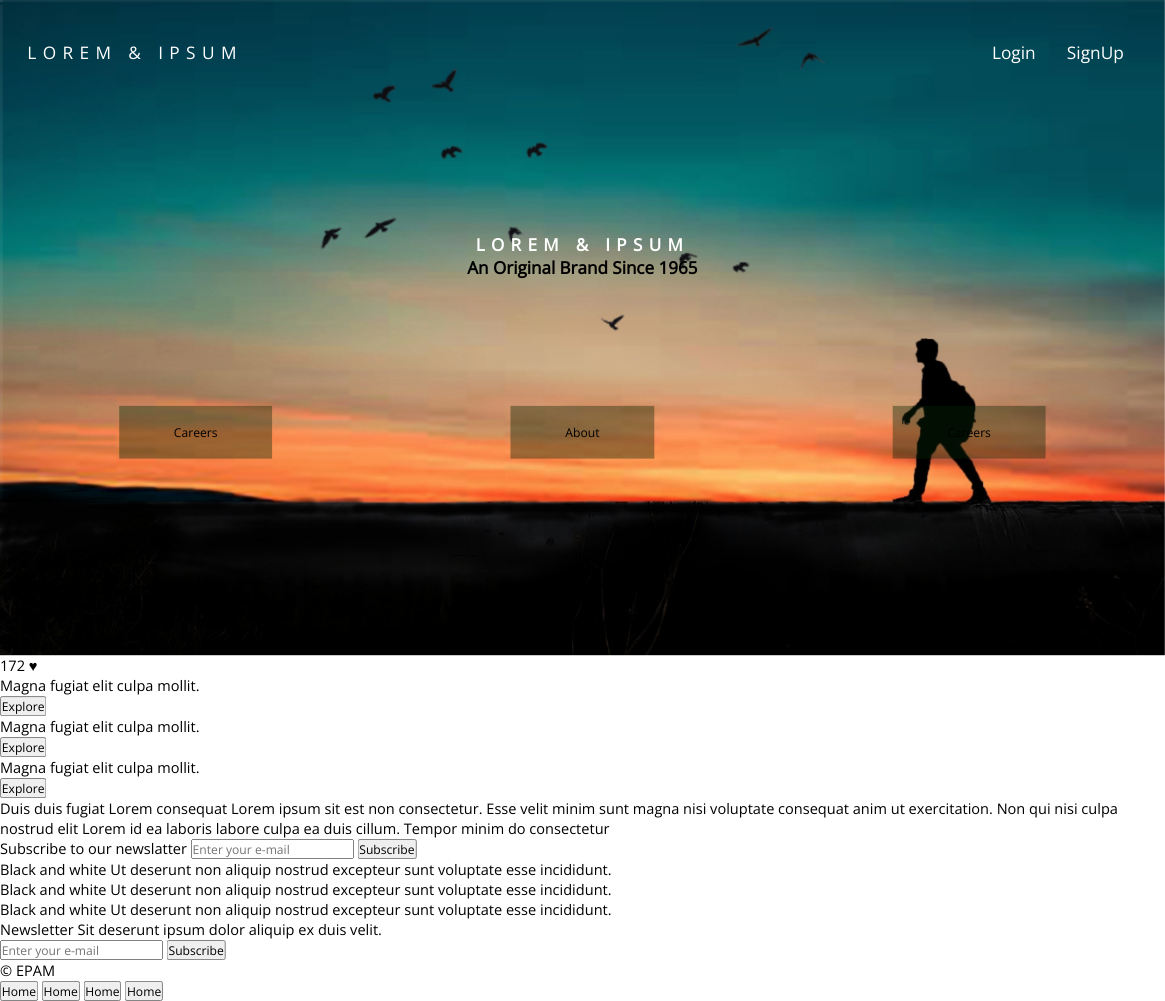
Repository: M1shkaBear/FLX
Page: FLX_homework_4/homework/index.html
An editor plug-in stored every save of this project. The page is shown before and after the next save, followed by the edit.
The browser window is 1280 px wide. The pictures show the whole page, at 91% of full size.

Above is the page before, as saved 2019-01-29 22:33:30.

After the next save:
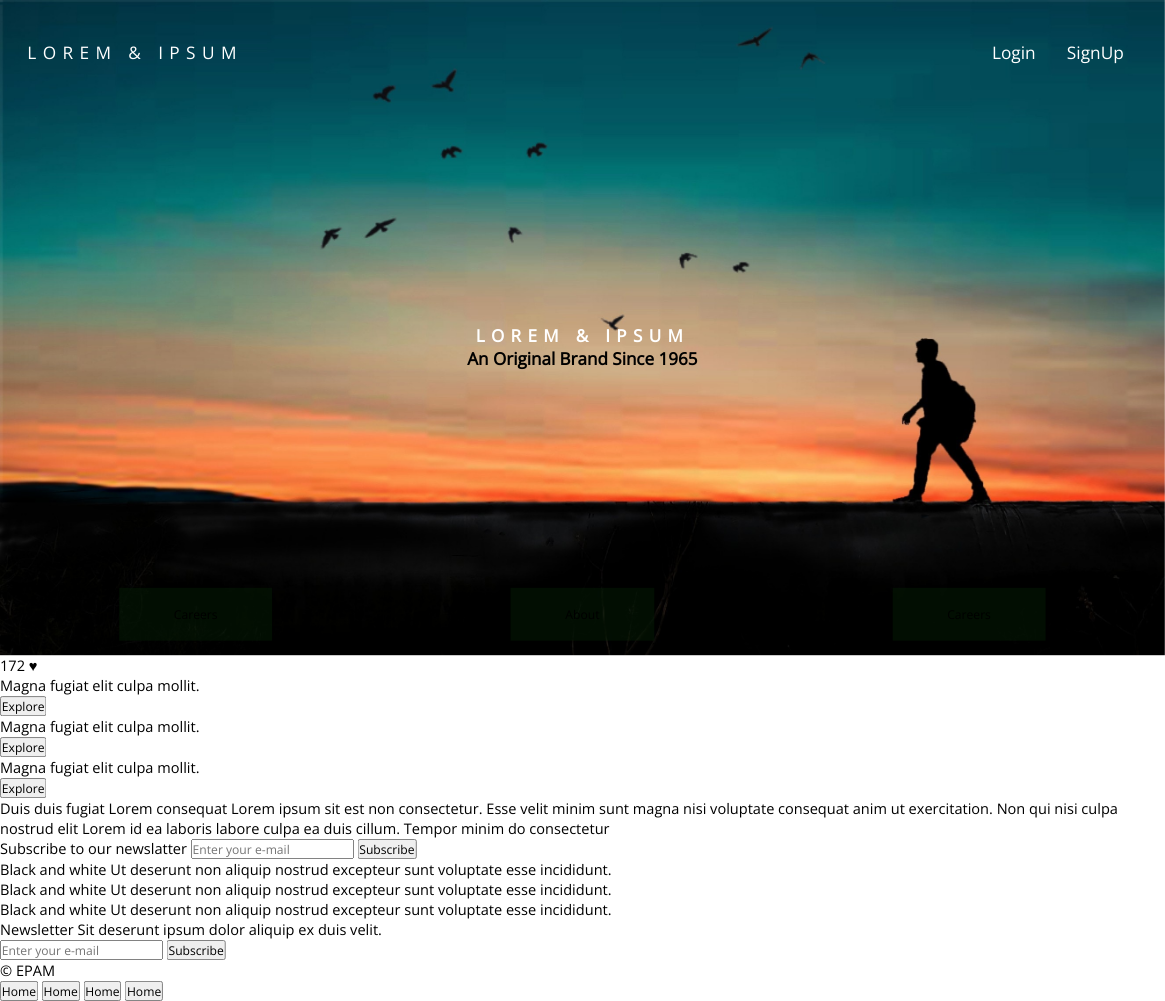
Saved 10 s later.
--- a/FLX_homework_4/homework/css/style.css
+++ b/FLX_homework_4/homework/css/style.css
@@ -36,7 +36,7 @@
   display: flex;
   flex-direction: column;
   align-items: center;
-  padding: 140px;
+  padding: 240px;
 }
 .btnContainer {
   display: flex;
